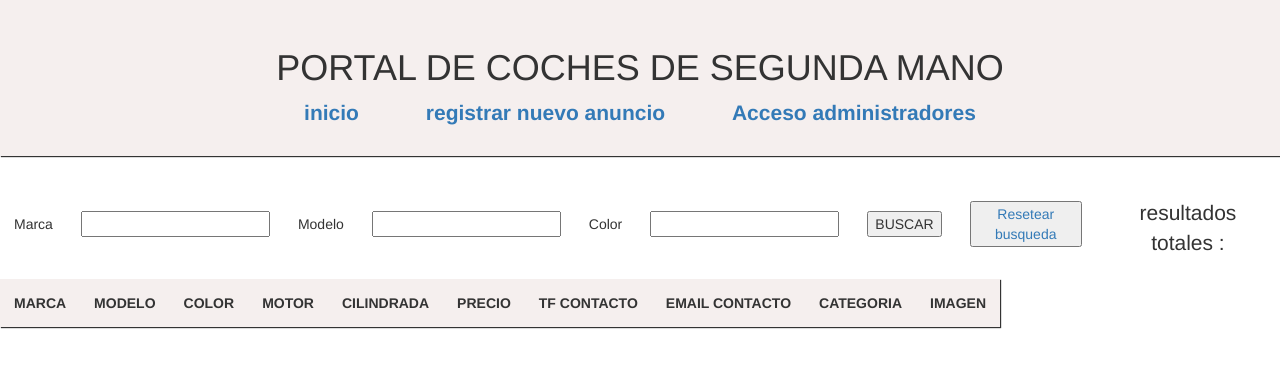
Repository: pcmaestro/my_repository
Page: http://localhost/proyectoFinDeCurso/inicio.jsp
An editor plug-in stored every save of this project. The page is shown before and after a run of saves, followed by the edit.
The browser window is 1280 px wide. The pictures show the whole page.
The page is served by Tomcat 9. Nobody is signed in. The application's start-up code is not run. Other server files are loaded and not shown. The template is opened directly, without the code that normally fills it, so the values that code supplies are empty.

Above is the page before, as saved 2020-07-23 11:55:34.

### APUNTES/JAVA/EJEMPLOS FORMACION/proyectoFinDeCurso/WebContent/inicio.jsp
<%@ taglib uri="http://java.sun.com/jsp/jstl/core" prefix="c"%>
<%@ page language="java" contentType="text/html; charset=ISO-8859-1"
	pageEncoding="ISO-8859-1"%>
<!doctype html>
<html lang="es">
<head>
<meta charset="ISO-8859-1">

<jsp:include page="css_js.jsp"></jsp:include>


<title>Portal de coches de segunda mano</title>

</head>
<body>

	<div class="menuUsuario">
		<jsp:include page="menu.jsp"></jsp:include>
	</div>


	<div class="formularios">

		<form action="inicio" >
			<table>
				<tr>
					<td>Marca</td>
					<td><input type="text" value="${marcaAbuscar}" name="marca" /></td>

					<td>Modelo</td>
					<td><input type="text" value="${colorAbuscar}" name="color" />
					</td>

					<td>Color</td>
					<td><input type="text" value="${modeloAbuscar}" name="modelo" />
					</td>

					<td><input type="submit" value="BUSCAR" /></td>

					<td>
						<button> <a href="inicio">Resetear busqueda<a></a></button>
					</td>

					<td id="contadorResultados">resultados totales : ${total}</td>
				</tr>

			</table>



		</form>


	</div>



	<div class="zonaListado">

		<table class="listado">

			<th>MARCA</th>
			<th>MODELO</th>
			<th>COLOR</th>
			<th>MOTOR</th>
			<th>CILINDRADA</th>
			<th>PRECIO</th>
			<th>TF CONTACTO</th>
			<th>EMAIL CONTACTO</th>
			<th>CATEGORIA</th>
			<th>IMAGEN</th>
			</tr>
			<c:forEach items="${coches}" var="coche">
				<tr>

					<td>${coche.marca}</td>
					<td>${coche.modelo}</td>
					<td>${coche.color}</td>
					<td>${coche.motor}</td>
					<td>${coche.cilindrada}</td>
					<td>${coche.precio}</td>
					<td>${coche.telefono}</td>
					<td>${coche.email}</td>
					<td>${coche.categoria.categoria}</td>
					<td><img src="imagenes/${coche.id}.jpg" style="height: 50px" alt="No existe imagen" />
						</td>
				</tr>
			</c:forEach>
		</table>

	</div>

	<footer>

	<div class = "paginacion">
	<c:if test="${ anterior >= 0 }">
		<a
			href="inicio?comienzo=${anterior}&marca=${marcaAbuscar}&modelo=${modeloAbuscar}&color=${colorAbuscar}">ANTERIORES</a>
		</c:if>

		<c:if test="${ siguiente < total }">
		<a
			href="inicio?comienzo=${siguiente}&marca=${marcaAbuscar}&modelo=${modeloAbuscar}&color=${colorAbuscar}">SIGUIENTES</a>
	</c:if>
	</div>
	</footer>

</body>
</html>

### APUNTES/JAVA/EJEMPLOS FORMACION/proyectoFinDeCurso/WebContent/css_js.jsp
<%@ taglib uri="http://java.sun.com/jsp/jstl/core" prefix="c"%>
<%@ page language="java" contentType="text/html; charset=ISO-8859-1"
	pageEncoding="ISO-8859-1"%>

<style>
.menuUsuario {
	margin: auto;
	padding: 2em;
	background-color: #F5EFEE;
	text-align: center;
	font-weight: bold;
	box-shadow: 1px 1px 1px;
}

.menuUsuario #inicio, #registro, #accesoAdmin {
	padding: 1.5em;
	text-decoration: none;
	font-size: 1.5em;
}

.menuUsuario a:link {
	text-decoration: none;
}

.menuUsuario a:hover {
	color: white;
}

.opcionMenu {
	margin: 2em;
	padding: 2em;
}

.formularios table {
	margin: auto;
	text-align: center;
}

.formularios table td {
	padding: 1em;
	padding-top: 2em;
}

.paginacion {
	padding-top: 1em;
	padding-bottom: 1em;
	text-align: center;
}

.paginacion a {
	padding-bottom: 1em;
}

.paginacion a:link {
	text-decoration: none;
}

.paginacion a:hover {
	color: red;
}

#contadorResultados {
	font-size: 1.5em;
}

.zonaListado .listado td {
	padding: 1.5em;
	font-size: 1.1em;
}

.zonaListado .listado th {
	padding: 1em;
	background-color: #F5EFEE;
}

.zonaListado .listado tr {
	box-shadow: 1px 1px 1px;
}

#loginBody {
	font-size: 2em;
}

#ventanaLogin {
	margin: auto;
	background-color: #F5EFEE;
	width: 50%;
	padding: 2em;
	text-align: center;
}

#ventanaLogin .label {
	color: black
}

#ventanaLogin td {
	padding: 0.5em;
}

#invisible {
	padding: 2em;
}

#botonRegistro {
	margin: auto;
}

#gracias {
	width: 70%;
	background-color: #F5EFEE;
	margin: auto;
	text-align: center;
	padding: 2em;
}

#textoGracias {
	font-size: 5em;
}

#gracias a:hover {
	text-decoration: none;
	color: red;
}

.menuAdministracion {
	margin: auto;
	padding: 0.5em;
	background-color: #F5EFEE;
	text-align: center;
	font-size: 1.5em;
	font-weight: bold;
	box-shadow: 1px 1px 1px;
}

.menuAdministracion a {
	padding-right: 2em;
	padding-left: 2em;
}

.menuAdministracion a:hover {
	text-decoration: none;
	color: white;
}

#tablaEdicion th, td {
	padding: 1.5em;
}

#tablaEdicion th {
	background-color: #F5EFEE;
}

#tablaEdicion tr {
	box-shadow: 1px 1px 1px;
}

#tablaEdicion a:hover {
	text-decoration: none;
	color: white;
}

img {
	height: 50px;
}

#error {
	width: 85%;
	margin: auto;
	color: red;
	display: none;
}

footer {
	height: 4em;
}
</style>


<link rel="stylesheet"
	href= <c:url value = "https://maxcdn.bootstrapcdn.com/bootstrap/3.3.7/css/bootstrap.min.css" />
	integrity="sha384-BVYiiSIFeK1dGmJRAkycuHAHRg32OmUcww7on3RYdg4Va+PmSTsz/K68vbdEjh4u"
	crossorigin="anonymous" />

<script src= <c:url value =  "https://code.jquery.com/jquery-3.5.1.min.js" />
	integrity="sha256-9/aliU8dGd2tb6OSsuzixeV4y/faTqgFtohetphbbj0="
	crossorigin="anonymous"></script>

### APUNTES/JAVA/EJEMPLOS FORMACION/proyectoFinDeCurso/WebContent/menu.jsp

	<h1>PORTAL DE COCHES DE SEGUNDA MANO</h1>



	<a href = "inicio" id = "inicio" >inicio</a>
	<a href = "ServletPrepararRegistro" id = "registro" >registrar nuevo anuncio</a>
	<a href = "loginAdmin.jsp" id = "accesoAdmin" >Acceso administradores</a>

After the next 2 saves:
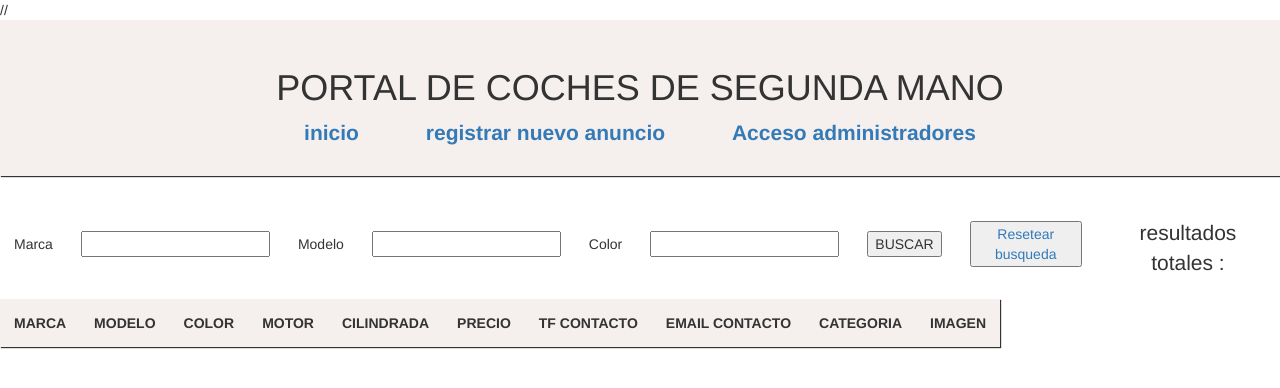
The 2 saves are shown as one change because they came seconds apart.
The last was saved 4 min 2 s later.
--- a/APUNTES/JAVA/EJEMPLOS FORMACION/proyectoFinDeCurso/WebContent/inicio.jsp
+++ b/APUNTES/JAVA/EJEMPLOS FORMACION/proyectoFinDeCurso/WebContent/inicio.jsp
@@ -6,7 +6,7 @@
 <head>
 <meta charset="ISO-8859-1">
 
-<jsp:include page="css_js.jsp"></jsp:include>
+// <jsp:include page="css_js.jsp"></jsp:include>
 
 
 <title>Portal de coches de segunda mano</title>

After the save that followed:
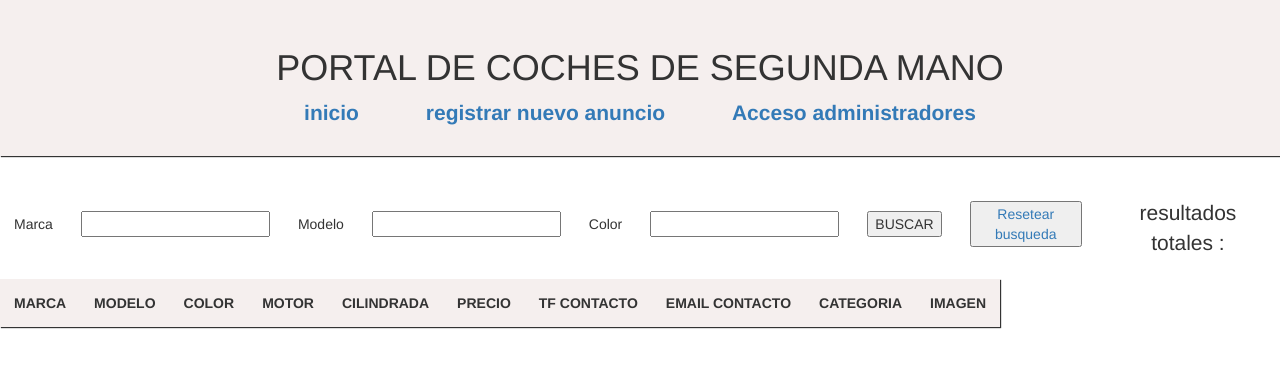
Saved 4 s later.
--- a/APUNTES/JAVA/EJEMPLOS FORMACION/proyectoFinDeCurso/WebContent/inicio.jsp
+++ b/APUNTES/JAVA/EJEMPLOS FORMACION/proyectoFinDeCurso/WebContent/inicio.jsp
@@ -6,7 +6,7 @@
 <head>
 <meta charset="ISO-8859-1">
 
-// <jsp:include page="css_js.jsp"></jsp:include>
+<jsp:include page="css_js.jsp"></jsp:include>
 
 
 <title>Portal de coches de segunda mano</title>
